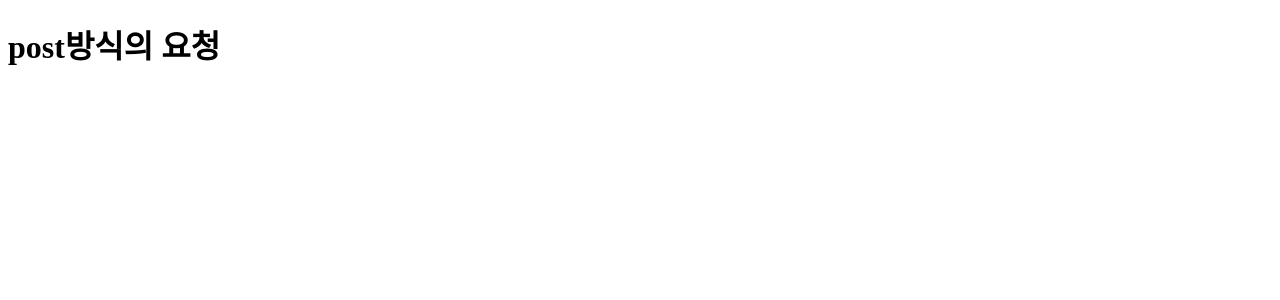
Repository: zoselakt/My_practice_JSP
Page: http://localhost/day06/post_test.jsp
The author's editor kept a copy of each file at every save. The page is drawn from the files as they stood at one save, then again after the next save.
The browser window is 1280 px wide. The pictures show the whole page.
The page is served by Tomcat 9.

Above is the page before, as saved 2022-02-28 11:02:13.

### day06/WebContent/post_test.jsp
<%@ page language="java" contentType="text/html; charset=UTF-8"
    pageEncoding="UTF-8"%>
<!DOCTYPE html>
<html>
<head>
<meta charset="UTF-8">
<title>post방식의 요청</title>
</head>
<body>
	<h1>post방식의 요청</h1>
	<form action="get_test.jsp" method="post">

	</form>
</body>
</html>

After the next save:
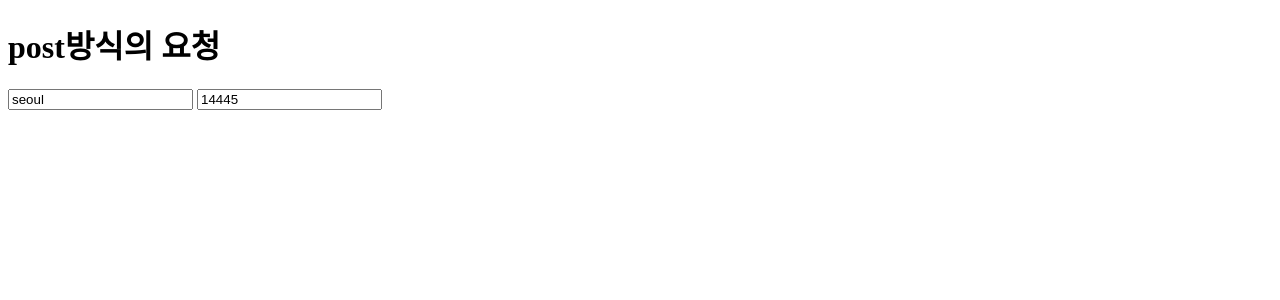
Saved 46 s later.
--- a/day06/WebContent/post_test.jsp
+++ b/day06/WebContent/post_test.jsp
@@ -9,7 +9,8 @@
 <body>
 	<h1>post방식의 요청</h1>
 	<form action="get_test.jsp" method="post">
-
+		<input type="text" name="city" value="seoul" readonly>
+		<input type="text" name="zipcode" value="14445" readonly>
 	</form>
 </body>
 </html>
